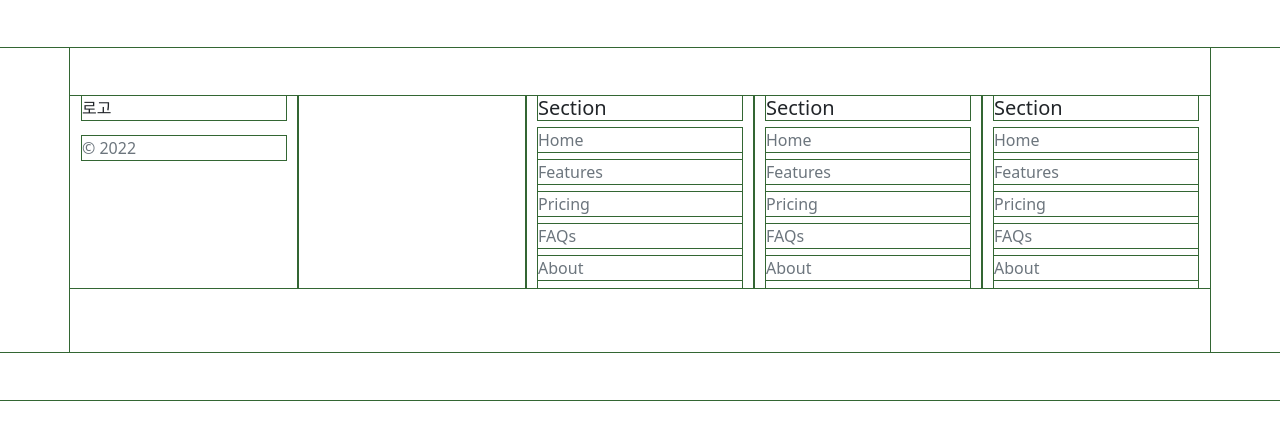
Repository: raoniee/Elice-House-Project
Page: FE/src/components/footer/footer.html
These files come from the project's save history. The page is drawn as it stood at one moment and after the next save; the edit follows.
The browser window is 1280 px wide. The pictures show the whole page.

Above is the page before, as saved 2023-07-04 16:48:36.

After the next save:
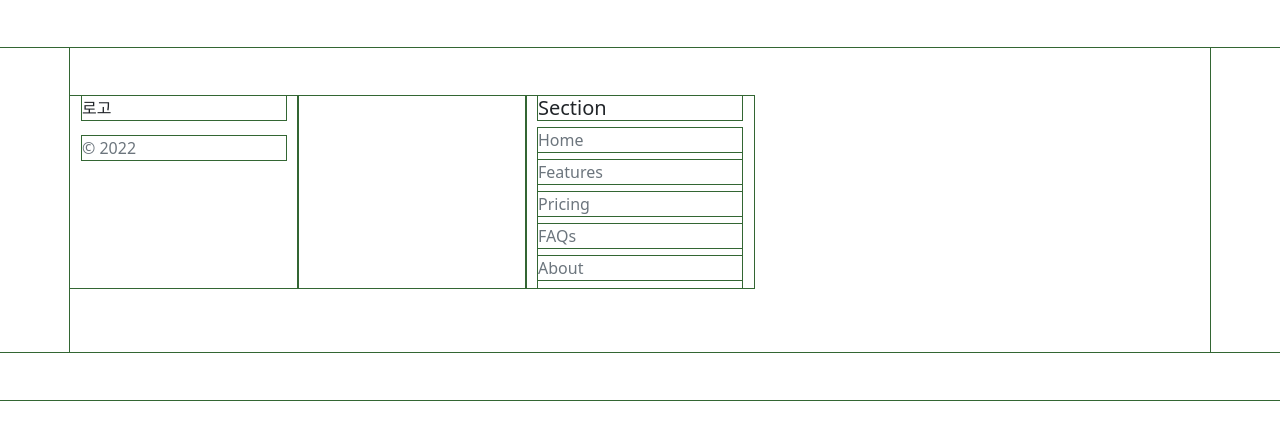
Saved 26 s later.
--- a/FE/src/components/footer/footer.html
+++ b/FE/src/components/footer/footer.html
@@ -52,48 +52,6 @@
             </li>
           </ul>
         </div>
-
-        <div class="col mb-3">
-          <h5>Section</h5>
-          <ul class="nav flex-column">
-            <li class="nav-item mb-2">
-              <a href="#" class="nav-link p-0 text-muted">Home</a>
-            </li>
-            <li class="nav-item mb-2">
-              <a href="#" class="nav-link p-0 text-muted">Features</a>
-            </li>
-            <li class="nav-item mb-2">
-              <a href="#" class="nav-link p-0 text-muted">Pricing</a>
-            </li>
-            <li class="nav-item mb-2">
-              <a href="#" class="nav-link p-0 text-muted">FAQs</a>
-            </li>
-            <li class="nav-item mb-2">
-              <a href="#" class="nav-link p-0 text-muted">About</a>
-            </li>
-          </ul>
-        </div>
-
-        <div class="col mb-3">
-          <h5>Section</h5>
-          <ul class="nav flex-column">
-            <li class="nav-item mb-2">
-              <a href="#" class="nav-link p-0 text-muted">Home</a>
-            </li>
-            <li class="nav-item mb-2">
-              <a href="#" class="nav-link p-0 text-muted">Features</a>
-            </li>
-            <li class="nav-item mb-2">
-              <a href="#" class="nav-link p-0 text-muted">Pricing</a>
-            </li>
-            <li class="nav-item mb-2">
-              <a href="#" class="nav-link p-0 text-muted">FAQs</a>
-            </li>
-            <li class="nav-item mb-2">
-              <a href="#" class="nav-link p-0 text-muted">About</a>
-            </li>
-          </ul>
-        </div>
       </footer>
     </div>
     <script
